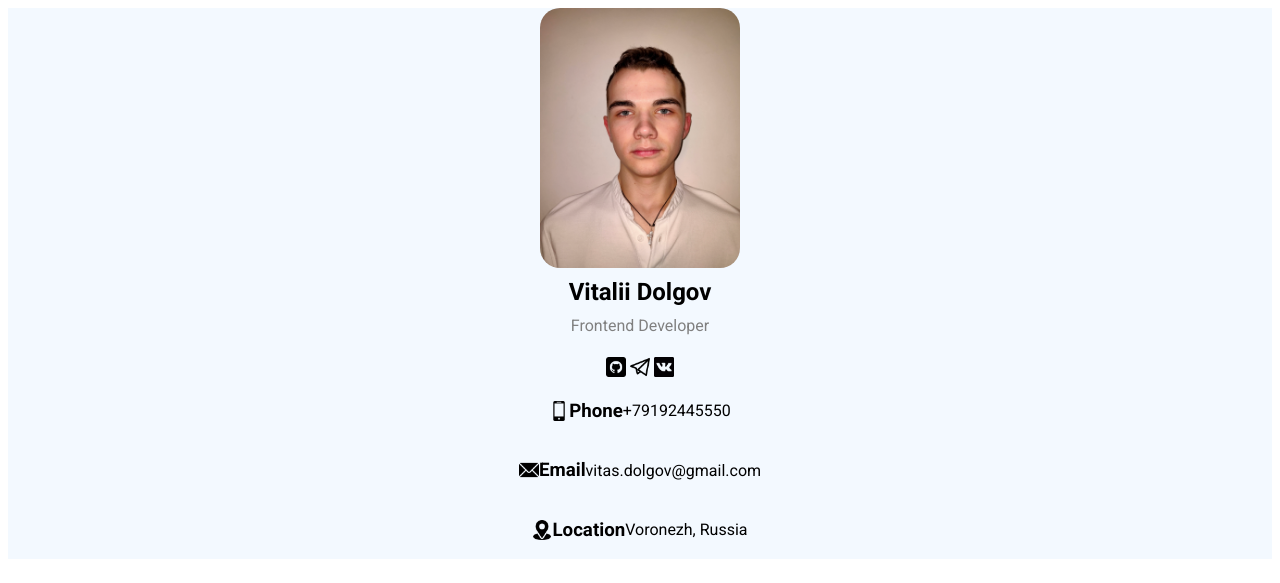
Repository: VitasYo/User_card
Page: src/index.html
These files come from the project's save history. The page is drawn as it stood at one moment and after the next save; the edit follows.
The browser window is 1280 px wide. The pictures show the whole page.

Above is the page before, as saved 2024-04-09 19:38:15.

### src/index.html
<!DOCTYPE html>
<html lang="ru">
  <head>
    <meta charset="UTF-8" />
    <meta name="viewport" content="width=device-width, initial-scale=1.0" />
    <title>First html</title>
    <link rel="stylesheet" href="../assets/css/index.css" />
    <script src="script.js"></script>
  </head>
  <body>
    <section class="container">
      <img class="avatar" src="../assets/img/Фото.jpg" alt="" />
      <div class="user-info">
        <h1>Vitalii Dolgov</h1>
        <div class="position">Frontend Developer</div>
      </div>
      <div>
        <a href="#"
          ><img class="icon" src="../assets/img/github.png" alt="github"
        /></a>
        <a href="#"
          ><img class="icon" src="../assets/img/telegram.png" alt="telegram"
        /></a>
        <a href="#"><img class="icon" src="../assets/img/vk.png" alt="vk" /></a>
      </div>
      <div class="items_card">
        <div class="items_string">
          <img class="card_icon" src="../assets/img/phone.png" />
          <div><h3>Phone</h3></div>
          <div><p>+79192445550</p></div>
        </div>
        <div class="items_string">
          <img class="card_icon" src="../assets/img/email.png" />
          <div><h3>Email</h3></div>
          <div><p>vitas.dolgov@gmail.com</p></div>
        </div>
        <div class="items_string">
          <img class="card_icon" src="../assets/img/location.png" />
          <div><h3>Location</h3></div>
          <div><p>Voronezh, Russia</p></div>
        </div>
      </div>
    </section>
  </body>
</html>

### assets/css/index.css
@import url("https://fonts.googleapis.com/css2?family=Roboto:ital,wght@0,100;0,300;0,400;0,500;0,700;0,900;1,100;1,300;1,400;1,500;1,700;1,900&display=swap");
* {
  font-family: "Roboto", sans-serif;
}

.container h1 {
  margin-top: 10px;
  margin-bottom: 0;
}

.container {
  display: flex;
  flex-direction: column;
  align-items: center;
  background-color: rgb(243, 249, 255);
}

.position {
  color: gray;
}

.avatar {
  width: 200px;
  height: 260px;
  border-radius: 20px;
}

.user-info {
  margin-bottom: 22px;
  display: flex;
  flex-direction: column;
  align-items: center;
  gap: 10px;
}

.icon {
  width: 20px;
  height: 20px;
}

.card_icon {
  width: 20px;
  height: 20px;
}

.items_card {
  background-color: rgb(243, 249, 255);
}

.items_string {
  justify-content: center;
  align-items: center;
  display: flex;
}

Loaded but not shown: src/script.js (no stored copy; drawn as an empty file)

After the next save:
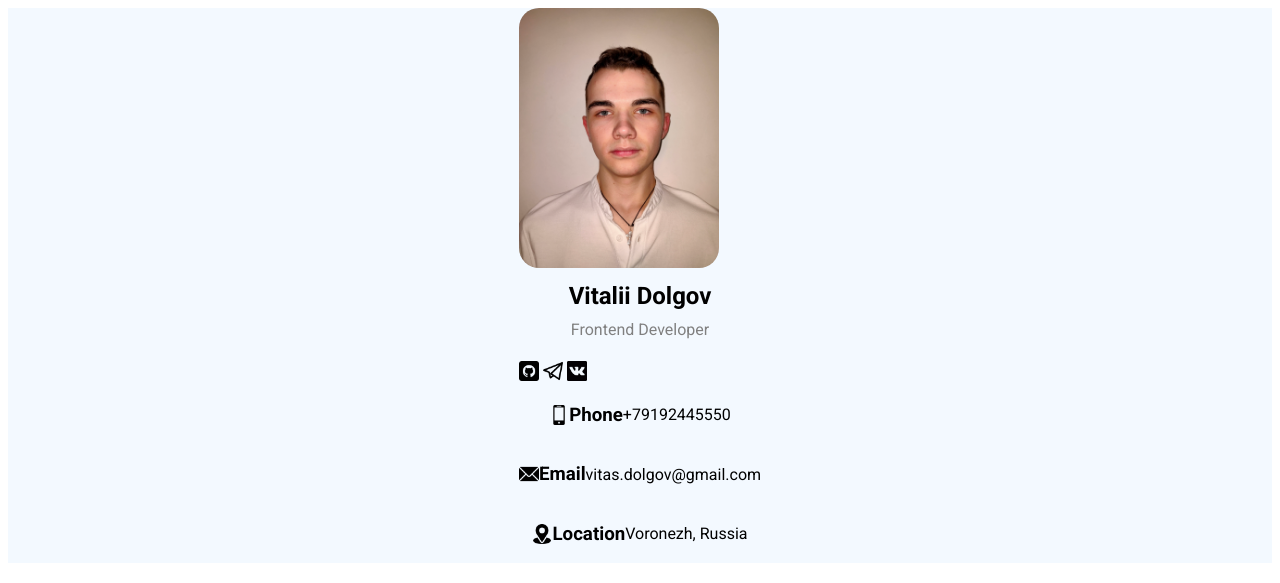
Saved 95 s later.
--- a/src/index.html
+++ b/src/index.html
@@ -9,6 +9,9 @@
   </head>
   <body>
     <section class="container">
+        <div class="container_card">
+
+
       <img class="avatar" src="../assets/img/Фото.jpg" alt="" />
       <div class="user-info">
         <h1>Vitalii Dolgov</h1>
